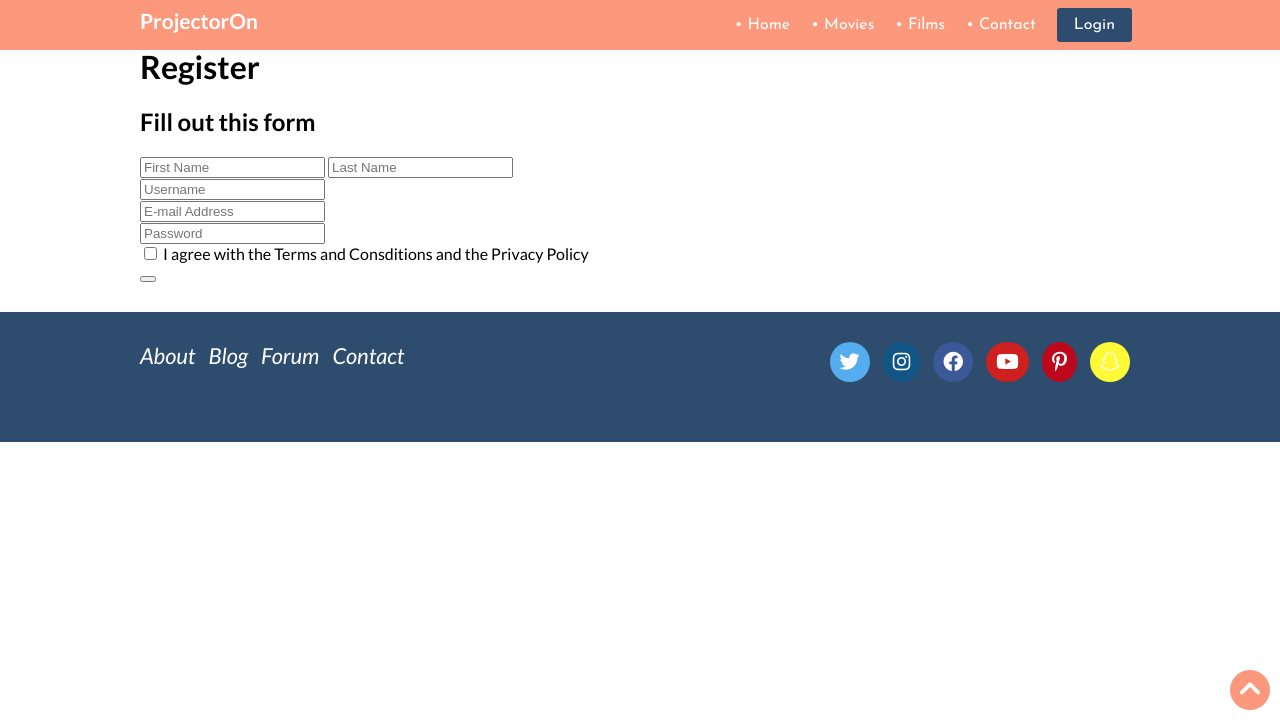
Repository: albayrakfatih/ProjectorOn_WebMovieApp
Page: register.html
These files come from the project's save history. The page is drawn as it stood at one moment and after the next save; the edit follows.
The browser window is 1280 px wide. The pictures show the whole page.
Some web libraries are served in a nearby version.

Above is the page before, as saved 2023-04-30 01:31:00.

After the next save:
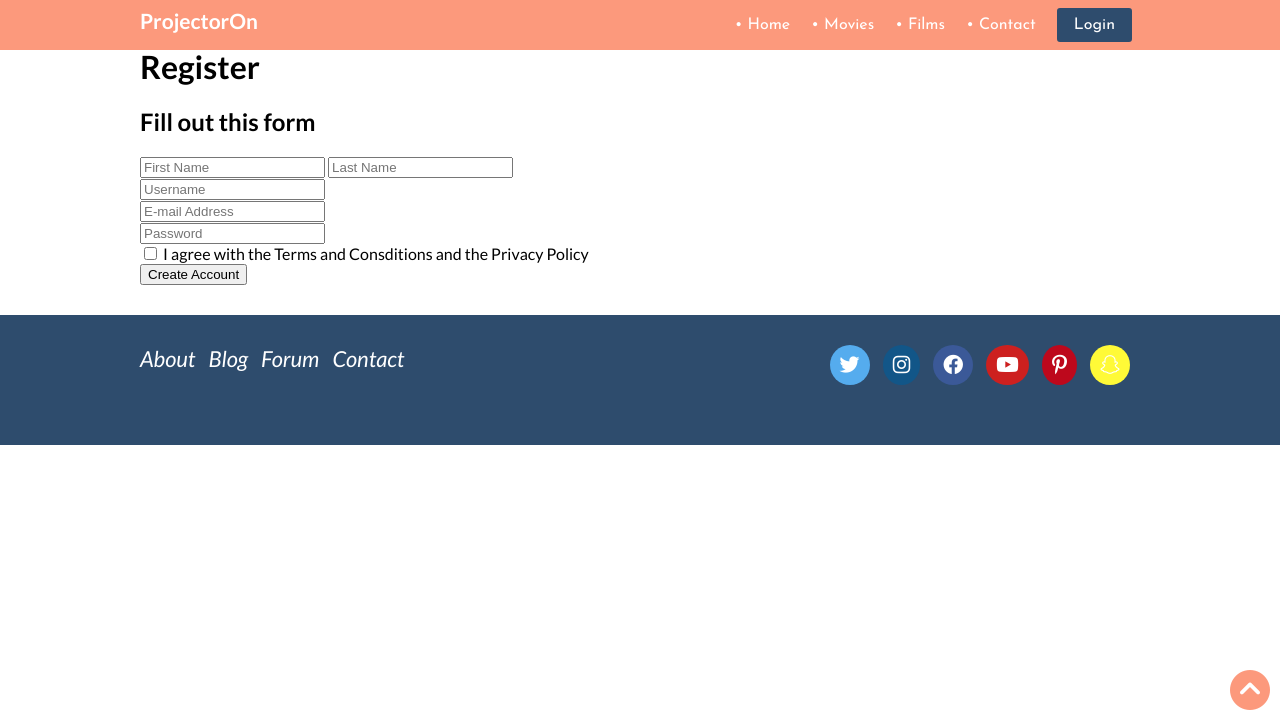
Saved 15 s later.
--- a/register.html
+++ b/register.html
@@ -55,7 +55,7 @@
                     <input type="password" id="password" placeholder="Password"><br>
                     <input type="checkbox">
                     <label for="privacy policy">I agree with the Terms and Consditions and the Privacy Policy</label><br>
-                    <button type="submit"></button>
+                    <button type="submit">Create Account</button>
                 </form>
             </div>
         </div>
